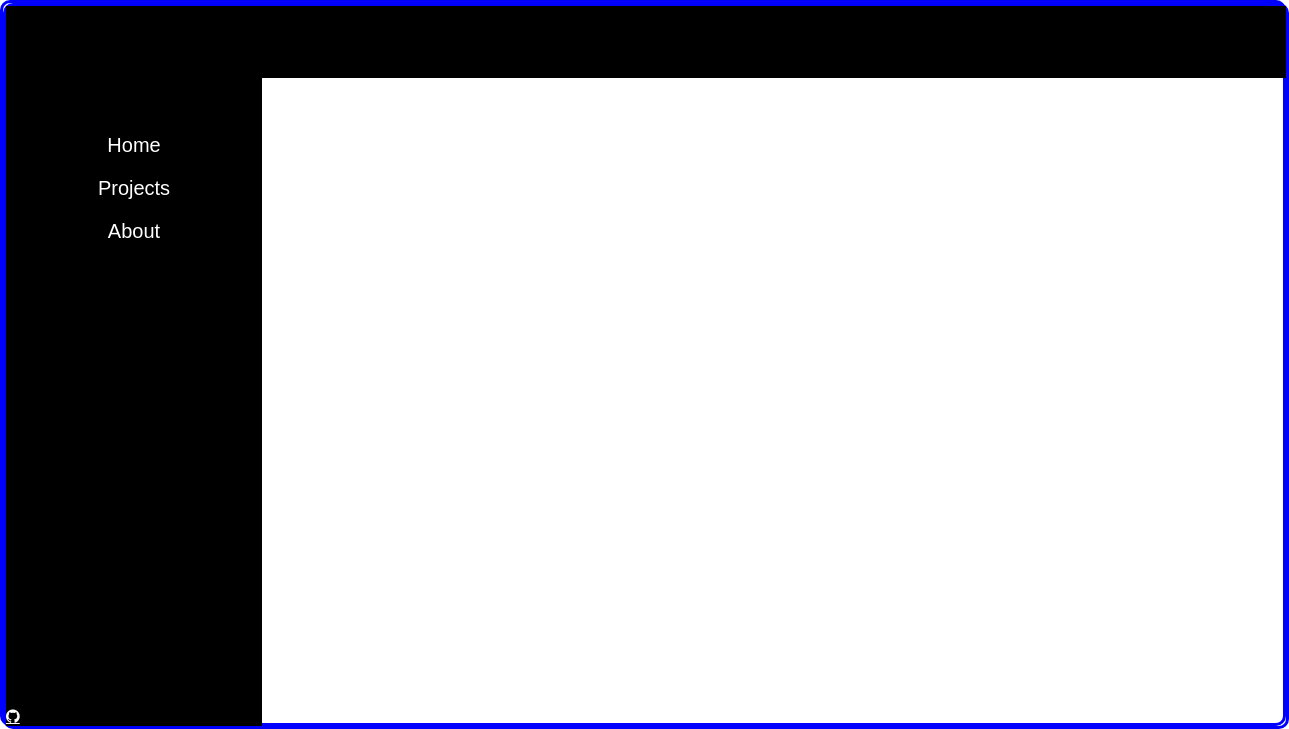
Repository: josephinel6/josephinel6.github.io
Page: index.html
An editor plug-in stored every save of this project. The page is shown before and after the next save, followed by the edit.
The browser window is 1280 px wide. The page is 1289 px wide, so the pictures cover 1289 px, including what lies to the right of the window. The pictures show the whole page.

Above is the page before, as saved 2023-04-04 10:48:52.

### index.html
<!DOCTYPE html>
<html>

<head>
    <style>
        :root.light {
            --color-bg: white;
            --color-menu-text: black;
        }

        :root.dark {
            --color-bg: black;
            --color-menu-text: white;
        }

        /* :root {
            --color-bg: black;
        } */

        html,
        body {
            height: 100%;
            width: 100%;
            margin: 0;
            position: relative;
            border-color: blue;
            border-radius: 10px;
            border-style: solid;
            padding: 0;
        }

        #menu {
            height: 100%;
            width: 20%;
            position: absolute;
            z-index: 0;
            top: 1;
            bottom: 0;
            background-color: var(--color-bg);
        }

        #topbar {
            width: 100%;
            height: 10%;
            position: absolute;
            background-color: var(--color-bg);
        }

        .menutext {
            color: var(--color-menu-text);
            font-family: sans-serif;
            font-size: 20px;
        }

        .fa-github {
            color: var(--color-menu-text);
        }
    </style>
    <link rel="stylesheet" href="https://cdnjs.cloudflare.com/ajax/libs/font-awesome/4.7.0/css/font-awesome.min.css">
    <script type="module" src="https://cdn.jsdelivr.net/gh/zerodevx/zero-md@2/dist/zero-md.min.js"></script>
</head>

<body>
    <div id="menu">
        <div>
            <CENTER>
                <p class="menutext" style="margin-top: 50%"> Home </p>
                <p class="menutext"> Projects </p>
                <p class="menutext"> About </p>
            </CENTER>
        </div>
        <CENTER>
            <div style="position: absolute; bottom:0">
                <a href="https://github.com/josephinel6" class="fa fa-github"></a>
            </div>
        </CENTER>
    </div>
    <div id="topbar">

    </div>
    <script>
        window.onload = function () {
            document.documentElement.classList.remove("light")
            document.documentElement.classList.add("dark")
            window.localStorage.setItem('mode', 'dark');
            console.log("dark")
        }

        function openpage(pageName, elmnt) {
            var i, tabcontent, tablinks;
            tabcontent = document.getElementsByClassName("tabcontent");
            for (i = 0; i < tabcontent.length; i++) {
                tabcontent[i].style.display = "none";
            }
            tablinks = document.getElementsByClassName("tablink");
            for (i = 0; i < tablinks.length; i++) {
                tablinks[i].style.backgroundColor = "";
            }
            document.getElementById(pageName).style.display = "block";

            document.body.scrollTop = 0;
            document.documentElement.scrollTop = 0;
            console.log("ducks")
        }
    </script>

</body>

</html>

After the next save:
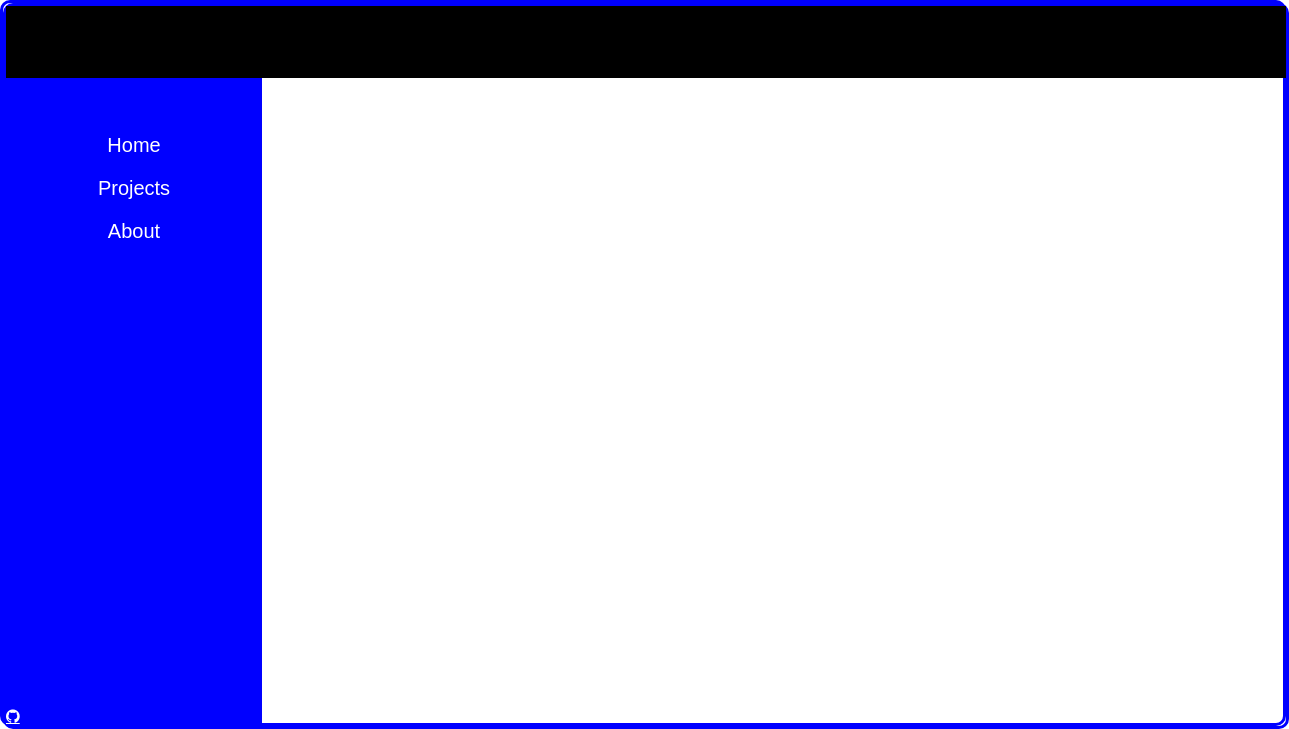
Saved 7 s later.
--- a/index.html
+++ b/index.html
@@ -36,7 +36,7 @@
             z-index: 0;
             top: 1;
             bottom: 0;
-            background-color: var(--color-bg);
+            background-color: blue;
         }
 
         #topbar {
